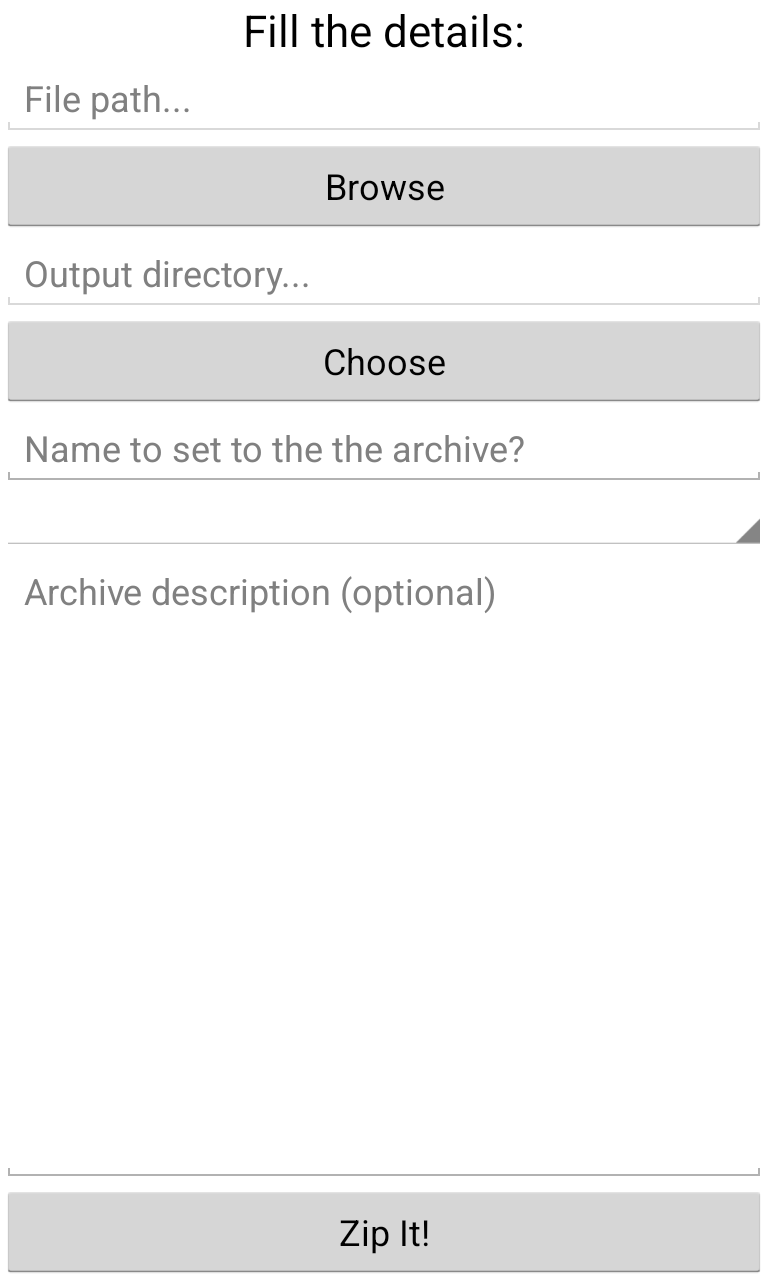
Repository: ya-ivanov/Android-Projects
Layout: Android Projects (OLD)/Zip It!/ZipIt/res/layout/activity_main.xml
An editor plug-in stored every save of this project. The layout is shown before and after the next save, followed by the edit.
It is drawn on a 768 x 1280 px phone screen (xhdpi) without system bars, with theme AppTheme; the app's code is not run.

Above is the layout before, as saved 2013-12-12 18:33:41.

### Android Projects (OLD)/Zip It!/ZipIt/res/layout/activity_main.xml
<LinearLayout xmlns:android="http://schemas.android.com/apk/res/android"
    android:layout_width="fill_parent"
    android:layout_height="fill_parent"
    android:orientation="vertical" >

    <TextView
        android:id="@+id/textView1"
        android:layout_width="match_parent"
        android:layout_height="wrap_content"
        android:gravity="center_horizontal"
        android:text="Fill the details:"
        android:textAppearance="?android:attr/textAppearanceLarge" />

    <EditText
        android:id="@+id/files"
        android:layout_width="match_parent"
        android:layout_height="wrap_content"
        android:ems="10"
        android:enabled="false"
        android:hint="File path..."
        android:singleLine="true" />

    <Button
        android:id="@+id/browse"
        android:layout_width="match_parent"
        android:layout_height="wrap_content"
        android:text="Browse" />

    <EditText
        android:id="@+id/endDir"
        android:layout_width="match_parent"
        android:layout_height="wrap_content"
        android:ems="10"
        android:enabled="false"
        android:hint="Output directory..."
        android:singleLine="true" />

    <Button
        android:id="@+id/choose"
        android:layout_width="match_parent"
        android:layout_height="wrap_content"
        android:text="Choose" />

    <LinearLayout
        android:layout_width="match_parent"
        android:layout_height="wrap_content" >

        <EditText
            android:id="@+id/archiveName"
            android:layout_width="match_parent"
            android:layout_height="wrap_content"
            android:layout_weight="1"
            android:ems="10"
            android:hint="Name to set to the the archive?"
            android:singleLine="true" />

    </LinearLayout>

    <Spinner
        android:id="@+id/spinner"
        android:layout_width="fill_parent"
        android:layout_height="wrap_content" />

    <EditText
        android:id="@+id/editText1"
        android:layout_width="match_parent"
        android:layout_height="wrap_content"
        android:layout_weight="1"
        android:ems="10"
        android:hint="Archive description (optional)"
        android:gravity="top" >

    </EditText>

    <Button
        android:id="@+id/button1"
        android:layout_width="match_parent"
        android:layout_height="wrap_content"
        android:text="Zip It!" />

</LinearLayout>

Loaded but not shown: Android Projects (OLD)/Zip It!/ZipIt/res/values/styles.xml (common file); Android Projects (OLD)/Zip It!/ZipIt/res/values-v11/styles.xml (common file); Android Projects (OLD)/Zip It!/ZipIt/res/values-v14/styles.xml (common file)

After the next save:
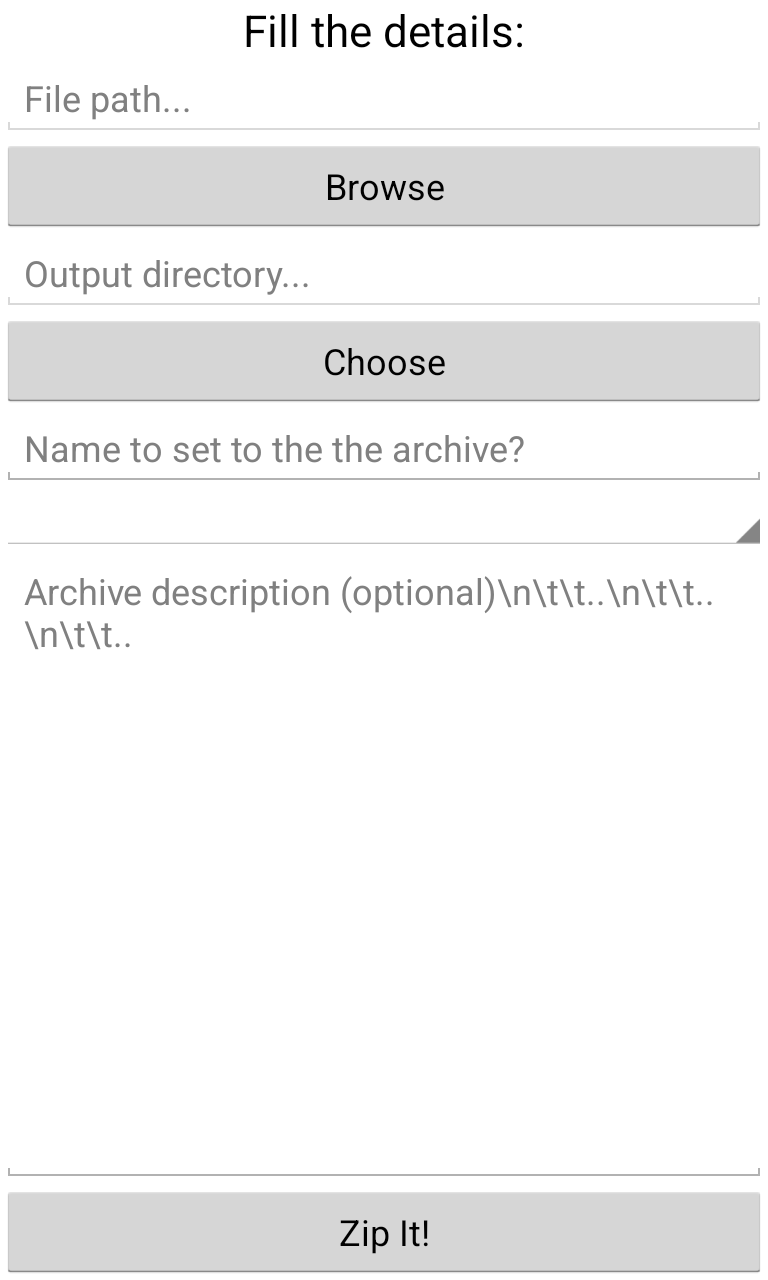
Saved 60 s later.
--- a/Android Projects (OLD)/Zip It!/ZipIt/res/layout/activity_main.xml
+++ b/Android Projects (OLD)/Zip It!/ZipIt/res/layout/activity_main.xml
@@ -67,7 +67,7 @@
         android:layout_height="wrap_content"
         android:layout_weight="1"
         android:ems="10"
-        android:hint="Archive description (optional)"
+        android:hint="Archive description (optional)\n\t\t..\n\t\t..\n\t\t.."
         android:gravity="top" >
 
     </EditText>
